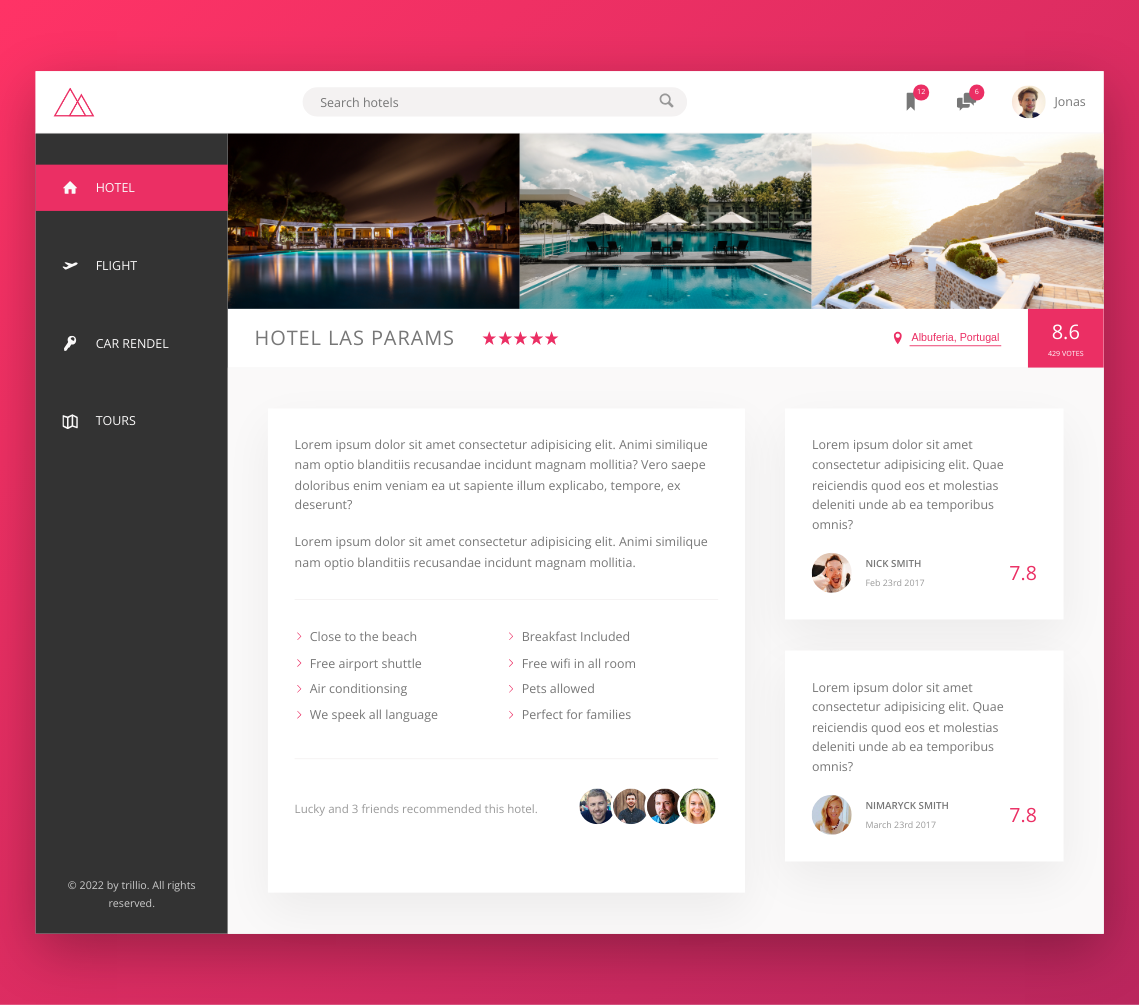
Repository: mohamediyas/flex_website
Page: index.html
These files come from the project's save history. The page is drawn as it stood at one moment and after the next save; the edit follows.
The browser window is 1280 px wide. The pictures show the whole page, at 89% of full size.
The style sheet was rebuilt from its Sass, Less or Tailwind sources for each picture, by a compiler version that may differ from the author's.

Above is the page before, as saved 2022-08-06 18:35:32.

### index.html
<!DOCTYPE html>
<html lang="en">
  <head>
    <meta charset="UTF-8" />
    <meta name="viewport" content="width=device-width, initial-scale=1.0" />
    <meta http-equiv="X-UA-Compatible" content="ie=edge" />

    <link
      href="https://fonts.googleapis.com/css?family=Open+Sans:300,400,600"
      rel="stylesheet"
    />
    <link rel="stylesheet" href="css/style.css" />
    <link rel="shortcut icon" type="image/png" href="img/favicon.png" />

    <title>nexter &mdash; your home, your freedom</title>
  </head>
  <body>
    <div class="container">
      <header class="header">
        <img src="img/logo.png" alt="trilio logo" class="logo" />
        <form action="#" class="search">
          <input
            type="text"
            class="search__input"
            placeholder="Search hotels"
          />
          <button class="search__button">
            <svg class="search__icon">
              <use xlink:href="img/sprite.svg#icon-magnifying-glass"></use>
            </svg>
          </button>
        </form>

        <nav class="user-nav">
          <div class="user-nav__icon-box">
            <svg class="user-nav__icon">
              <use xlink:href="img/sprite.svg#icon-bookmark"></use>
            </svg>
            <span class="user-nav__notification">12</span>
          </div>
          <div class="user-nav__icon-box">
            <svg class="user-nav__icon">
              <use xlink:href="img/sprite.svg#icon-chat"></use>
            </svg>
            <span class="user-nav__notification">6</span>
          </div>
          <div class="user-nav__user">
            <img
              src="img/user.jpg"
              alt="user image"
              class="user-nav__user-photo"
            />
            <span class="user-nav__user-name">Jonas</span>
          </div>
        </nav>
      </header>
      <div class="content">
        <nav class="sidebar">
          <ul class="side-nav">
            <li class="side-nav__item side-nav__item--active">
              <a href="#" class="side-nav__link">
                <svg class="side-nav__icon">
                  <use xlink:href="img/sprite.svg#icon-home"></use>
                </svg>
                <span>Hotel</span>
              </a>
            </li>
            <li class="side-nav__item">
              <a href="#" class="side-nav__link">
                <svg class="side-nav__icon">
                  <use xlink:href="img/sprite.svg#icon-aircraft-take-off"></use>
                </svg>
                <span>Flight</span>
              </a>
            </li>
            <li class="side-nav__item">
              <a href="#" class="side-nav__link">
                <svg class="side-nav__icon">
                  <use xlink:href="img/sprite.svg#icon-key"></use>
                </svg>
                <span>Car Rendel</span>
              </a>
            </li>
            <li class="side-nav__item">
              <a href="#" class="side-nav__link">
                <svg class="side-nav__icon">
                  <use xlink:href="img/sprite.svg#icon-map"></use>
                </svg>
                <span>Tours</span>
              </a>
            </li>
          </ul>
          <div class="legal">&copy; 2022 by trillio. All rights reserved.</div>
        </nav>
        <main class="hotel">
          <div class="gallery">
            <figure class="gallery__item">
              <img
                src="img/hotel-1.jpg"
                aria-label="home photot"
                alt=""
                class="gallery__photo"
              />
            </figure>

            <figure class="gallery__item">
              <img
                src="img/hotel-2.jpg"
                aria-label="home photot"
                alt=""
                class="gallery__photo"
              />
            </figure>

            <figure class="gallery__item">
              <img
                src="img/hotel-3.jpg"
                aria-label="home photot"
                alt=""
                class="gallery__photo"
              />
            </figure>
          </div>
          <div class="overview">
            <h1 class="overview__heading">Hotel las params</h1>
            <div class="overview__stars">
              <svg class="overview__icon-star">
                <use xlink:href="img/sprite.svg#icon-star"></use>
              </svg>
              <svg class="overview__icon-star">
                <use xlink:href="img/sprite.svg#icon-star"></use>
              </svg>
              <svg class="overview__icon-star">
                <use xlink:href="img/sprite.svg#icon-star"></use>
              </svg>
              <svg class="overview__icon-star">
                <use xlink:href="img/sprite.svg#icon-star"></use>
              </svg>
              <svg class="overview__icon-star">
                <use xlink:href="img/sprite.svg#icon-star"></use>
              </svg>
            </div>
            <div class="overview__location">
              <svg class="overview__icon-location">
                <use xlink:href="img/sprite.svg#icon-location-pin"></use>
              </svg>
              <button class="btn-inline">Albuferia, Portugal</button>
            </div>

            <div class="overview__rating">
              <div class="overview__rating-average">8.6</div>

              <div class="overview__rating-count">429 votes</div>
            </div>
          </div>
          <div class="detail">
            <div class="description">
              <p class="paragraph">
                Lorem ipsum dolor sit amet consectetur adipisicing elit. Animi
                similique nam optio blanditiis recusandae incidunt magnam
                mollitia? Vero saepe doloribus enim veniam ea ut sapiente illum
                explicabo, tempore, ex deserunt?
              </p>
              <p class="paragraph">
                Lorem ipsum dolor sit amet consectetur adipisicing elit. Animi
                similique nam optio blanditiis recusandae incidunt magnam
                mollitia.
              </p>
              <ul class="list">
                <li class="list__item">Close to the beach</li>
                <li class="list__item">Breakfast Included</li>
                <li class="list__item">Free airport shuttle</li>
                <li class="list__item">Free wifi in all room</li>
                <li class="list__item">Air conditionsing</li>
                <li class="list__item">Pets allowed</li>
                <li class="list__item">We speek all language</li>
                <li class="list__item">Perfect for families</li>
              </ul>
              <div class="recommend">
                <p class="recommend__count">
                  Lucky and 3 friends recommended this hotel.
                </p>
                <div class="recommend__friends">
                  <img src="img/user-3.jpg" alt="" class="recommend__photo" />
                  <img src="img/user-4.jpg" alt="" class="recommend__photo" />
                  <img src="img/user-5.jpg" alt="" class="recommend__photo" />
                  <img src="img/user-6.jpg" alt="" class="recommend__photo" />
                </div>
              </div>
            </div>
            <div class="user-reviews">
              <figure class="review">
                <blockquote class="review__text">
                  Lorem ipsum dolor sit amet consectetur adipisicing elit. Quae
                  reiciendis quod eos et molestias deleniti unde ab ea
                  temporibus omnis?
                </blockquote>
                <figcaption class="review__user">
                  <img class="review__photo" src="img/user-1.jpg" alt="" />
                  <div class="review__user-box">
                    <p class="review__user-name">Nick smith</p>
                    <p class="review__user-date">Feb 23rd 2017</p>
                  </div>
                  <div class="review__rating">7.8</div>
                </figcaption>
              </figure>
              <figure class="review">
                <blockquote class="review__text">
                  Lorem ipsum dolor sit amet consectetur adipisicing elit. Quae
                  reiciendis quod eos et molestias deleniti unde ab ea
                  temporibus omnis?
                </blockquote>
                <figcaption class="review__user">
                  <img class="review__photo" src="img/user-2.jpg" alt="" />
                  <div class="review__user-box">
                    <p class="review__user-name">NiMaryck smith</p>
                    <p class="review__user-date">March 23rd 2017</p>
                  </div>
                  <div class="review__rating">7.8</div>
                </figcaption>
              </figure>
            </div>
          </div>
        </main>
      </div>
    </div>
  </body>
</html>

### sass/_base.scss
// COLOR VARIABLES

:root {
  --color-primary: #eb2f64;
  --color-primary-light: #ff3366;
  --color-primary-dark: #ba265d;

  --color-grey-light-1: #faf9f9;
  --color-grey-light-2: #f4f2f2;
  --color-grey-light-3: #f0eeee;
  --color-grey-light-4: #ccc;

  --color-grey-dark-1: #333;
  --color-grey-dark-2: #777;
  --color-grey-dark-3: #999;

  --shadow-dark: 0 2rem 6rem rgba(0, 0, 0, 0.3);
  --shadow-light: 0 2rem 5rem rgba(0, 0, 0, 0.06);

  --line: 1px solid var(--color-grey-light-2);
}

* {
  margin: 0;
  padding: 0;
}

*,
*::after,
*::before {
  box-sizing: inherit;
}

html {
  box-sizing: border-box;
  font-size: 62.5%;
}

body {
  background-image: linear-gradient(
    to right bottom,
    var(--color-primary-light),
    var(--color-primary-dark)
  );
  font-family: "Open Sans", sans-serif;
  font-weight: 400;
  line-height: 1.6;
  background-size: cover;
  background-repeat: no-repeat;
  min-height: 100vh;
  color: var(--color-grey-dark-2);
}

### sass/_components.scss
.logo {
  height: 3.25rem;
  margin-left: 2rem;
}

.search {
  flex: 0 0 40%;

  display: flex;
  justify-content: center;
  align-items: center;

  &__input {
    font-family: inherit;
    font-size: inherit;
    background-color: var(--color-grey-light-2);
    border: none;
    color: inherit;
    padding: 0.7rem 2rem;
    border-radius: 100px;
    width: 90%;
    transition: all 0.2s;
    margin-right: -3.25rem;
    &:focus {
      outline: none;
      width: 100%;
      background-color: var(--color-grey-light-3);
    }
  }

  &::-webkit-input-placeholder {
    font-weight: 100;
    color: var(--color-grey-light-4);
  }

  &__input:focus + &__button {
    background-color: var(--color-grey-light-3);
  }

  &__button {
    border: none;
    background-color: var(--color-grey-light-2);

    &:focus {
      outline: none;
    }

    &:active {
      transform: translateY(2px);
    }
  }

  &__icon {
    height: 2rem;
    width: 2rem;
    fill: var(--color-grey-dark-3);
  }
}

.user-nav {
  align-self: stretch;
  display: flex;
  align-items: center;

  & > * {
    padding: 0 2rem;
    cursor: pointer;
    height: 100%;
    display: flex;
    align-items: center;
  }

  & > *:hover {
    background-color: var(--color-grey-light-2);
  }

  &__icon-box {
    position: relative;
  }

  &__icon {
    height: 2.25rem;
    width: 2.25rem;
    fill: var(--color-grey-dark-2);
  }

  &__notification {
    font-size: 0.8rem;
    height: 1.75rem;
    width: 1.75rem;
    border-radius: 50%;
    background-color: var(--color-primary);
    color: #fff;
    position: absolute;
    top: 1.5rem;
    right: 1.1rem;
    display: flex;
    justify-content: center;
    align-items: center;
  }

  &__user {
  }

  &__user-photo {
    height: 3.75rem;
    border-radius: 50%;
    margin-right: 1rem;
  }

  &__user-name {
  }
}

// side navigation

.side-nav {
  font-size: 1.4rem;
  list-style: none;
  margin-top: 3.5rem;

  &__item {
    position: relative;

    &:not(:last-child) {
      margin-bottom: 3.5rem;
    }
  }

  &__item::before {
    content: "";
    position: absolute;
    top: 0;
    left: 0;
    height: 100%;
    width: 3px;
    background-color: var(--color-primary);
    transform: scaleY(0);
    transition: transform 0.2s, width 0.4s cubic-bezier(1, 0, 0, 1) 0.2s;
  }

  &__item:hover:before,
  &__item--active::before {
    transform: scaleY(1);
    width: 100%;
  }

  &__item:active:before {
    background-color: var(--color-primary-light);
  }

  &__link:link,
  &__link:visited {
    color: var(--color-grey-light-1);
    text-decoration: none;
    text-transform: uppercase;
    display: block;
    padding: 1.5rem 3rem;
    z-index: 10;
    position: relative;
    display: flex;
    align-items: center;
  }

  &__link:hover {
    color: white;
  }

  &__icon {
    width: 1.75rem;
    height: 1.75rem;
    margin-right: 2rem;
    fill: currentColor;
  }
}

.legal {
  font-size: 1.2rem;
  text-align: center;
  color: var(--color-grey-light-4);
  padding: 2.5rem;
}

.gallery {
  display: flex;

  &__photo {
    width: 100%;
    display: block;
  }
}

.overview {
  display: flex;
  border-bottom: 1px solid var(--color-grey-light-2);
  align-items: center;

  &__heading {
    font-size: 2.25rem;
    font-weight: 300;
    text-transform: uppercase;
    letter-spacing: 1px;
    padding: 1.5rem 3rem;
  }
  &__stars {
    // flex: 1;
    margin-right: auto;
    display: flex;
  }
  &__icon-star,
  &__icon-location {
    width: 1.75rem;
    height: 1.75rem;
    fill: var(--color-primary);
  }
  &__location {
    font-size: 1.2rem;
    display: flex;
    align-items: center;
  }

  &__icon-location {
    margin-right: 0.5rem;
  }

  &__rating {
    background-color: var(--color-primary);
    margin-left: 3rem;
    color: #fff;
    align-self: stretch;
    padding: 0 2.25rem;

    display: flex;
    flex-direction: column;
    align-items: center;
    justify-content: center;
  }
  &__rating-average {
    font-size: 2.25rem;
    font-weight: 300;
  }
  &__rating-count {
    font-size: 0.8rem;
    text-transform: uppercase;
  }
}

.paragraph:not(:last-of-type) {
  margin-bottom: 2rem;
}

.list {
  list-style: none;
  margin: 3rem 0;
  padding: 3rem 0;
  border-top: var(--line);
  border-bottom: var(--line);
  display: flex;
  flex-wrap: wrap;

  &__item {
    flex: 0 0 50%;
    margin-bottom: 0.7rem;
  }

  &__item::before {
    content: "";
    display: inline-block;
    height: 1rem;
    width: 1rem;
    margin-right: 0.7rem;
    // background-image: url(../img/chevron-thin-right.svg);

    // background-size: cover;

    // masks
    background-color: var(--color-primary);
    -webkit-mask-image: url(../img/chevron-thin-right.svg);
    -webkit-mask-size: cover;
  }
}

.recommend {
  font-size: 1.3rem;
  color: var(--color-grey-dark-3);

  display: flex;
  align-items: center;
  // justify-content: space-between;
  &__count {
    margin-right: auto;
  }

  &__friend {
  }

  &__photo {
    box-sizing: content-box;
    height: 4rem;
    width: 4rem;
    border-radius: 50%;
    border: 3px solid #fff;

    &:not(:last-child) {
      margin-right: -1.15rem;
    }
  }
}

// reviews

.review {
  background-color: #fff;
  box-shadow: var(--shadow-light);
  padding: 3rem;
  margin-bottom: 3.5rem;

  &__text {
    margin-bottom: 2rem;
  }
  &__user {
    display: flex;
    align-items: center;
  }
  &__photo {
    height: 4.5rem;
    width: 4.5rem;
    border-radius: 50%;
    margin-right: 1.5rem;
  }
  &__user-box {
    margin-right: auto;
  }

  &__user-name {
    font-size: 1.1rem;
    font-weight: 600;
    text-transform: uppercase;
    margin-bottom: 0.4rem;
  }

  &__user-date {
    font-size: 1rem;
    color: var(--color-grey-dark-3);
  }

  &__rating {
    color: var(--color-primary);
    font-size: 2.2rem;
    font-weight: 300;
  }

  &::before {
    content: "";
  }
}

### sass/_layout.scss
.container {
  max-width: 120rem;
  margin: 8rem auto;
  background-color: var(--color-grey-light-2);
  box-shadow: var(--shadow-dark);
  min-height: 50rem;
}

.header {
  font-size: 1.4rem;
  height: 7rem;
  background-color: #fff;
  border-bottom: 1px solid var(--color-grey-light-2);
  display: flex;
  justify-content: space-between;
  align-items: center;
}

.content {
  display: flex;
}

.sidebar {
  background-color: var(--color-grey-dark-1);
  flex: 0 0 18%;
  display: flex;
  flex-direction: column;
  justify-content: space-between;
}

.hotel {
  background-color: #fff;
  // height: 80rem;
  flex: 1;
}

.detail {
  display: flex;
  padding: 4.5rem;
  font-size: 1.4rem;

  background-color: var(--color-grey-light-1);
  border-bottom: var(--line);
}

.description {
  background-color: #fff;
  flex: 0 0 60%;
  margin-right: 4.5rem;
  box-shadow: var(--shadow-light);
  padding: 3rem;
}

.user-reviews {
  flex: 1;
}

.btn-inline {
  border: none;
  color: var(--color-primary);
  font-size: inherit;
  border-bottom: 1px solid currentColor;
  padding: 2px;
  display: inline-block;
  background-color: transparent;
  cursor: pointer;

  &:hover {
    color: var(--color-grey-dark-1);
  }

  &:focus {
    outline: none;
    animation: pulsate 1s infinite;
  }
}

@keyframes pulsate {
  0% {
    transform: scale(1);
    box-shadow: none;
  }
  50% {
    transform: scale(1.05);
    box-shadow: 0 1rem 4rem rgba(0, 0, 0, 0.25);
  }
  100% {
    transform: scale(1);
    box-shadow: none;
  }
}

Loaded but not shown: sass/main.scss (common file)

After the next save:
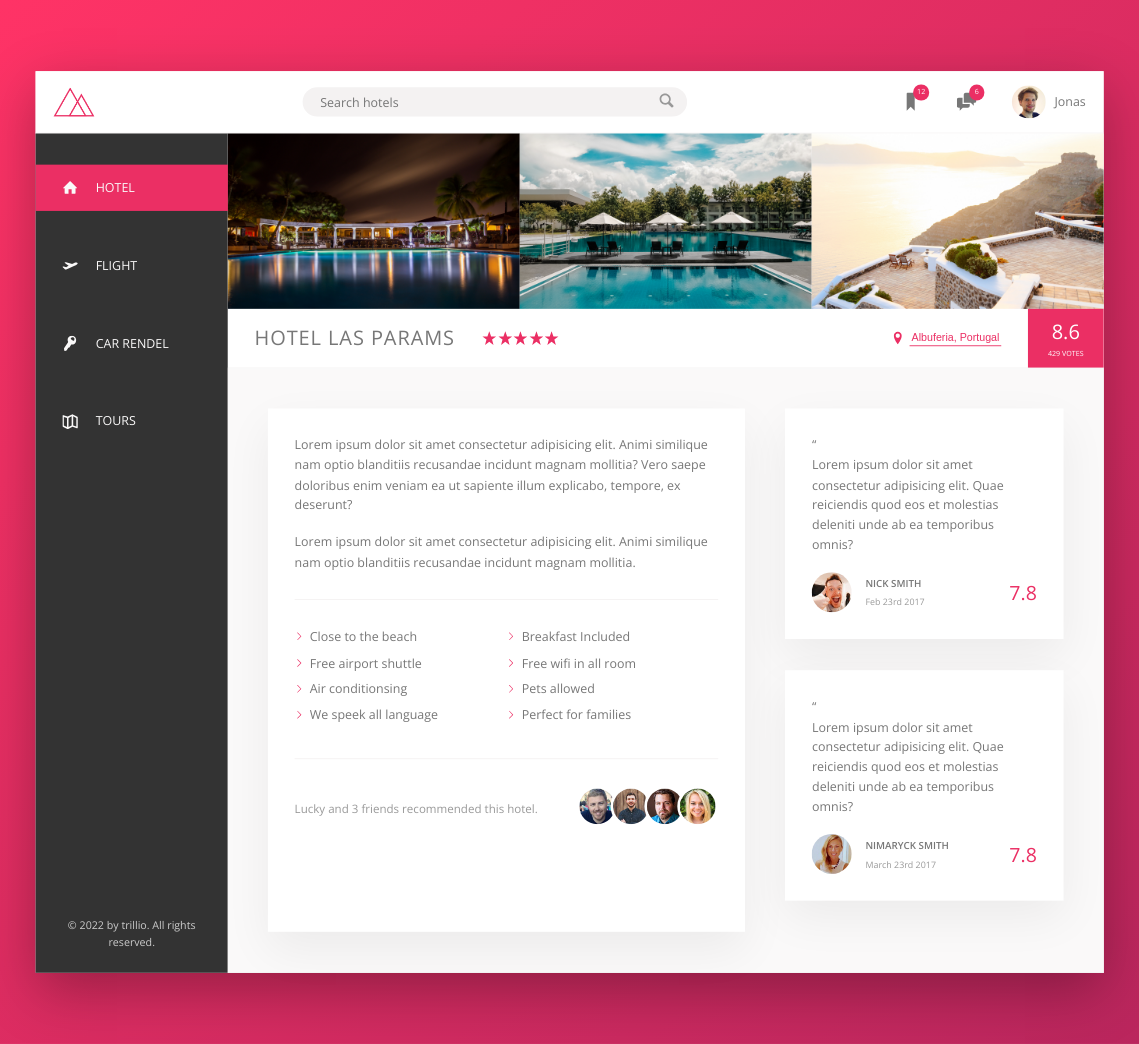
Saved 81 s later.
--- a/sass/_components.scss
+++ b/sass/_components.scss
@@ -351,6 +351,6 @@
   }
 
   &::before {
-    content: "";
-  }
-}
+    content: "\201c";
+  }
+}

After the save that followed:
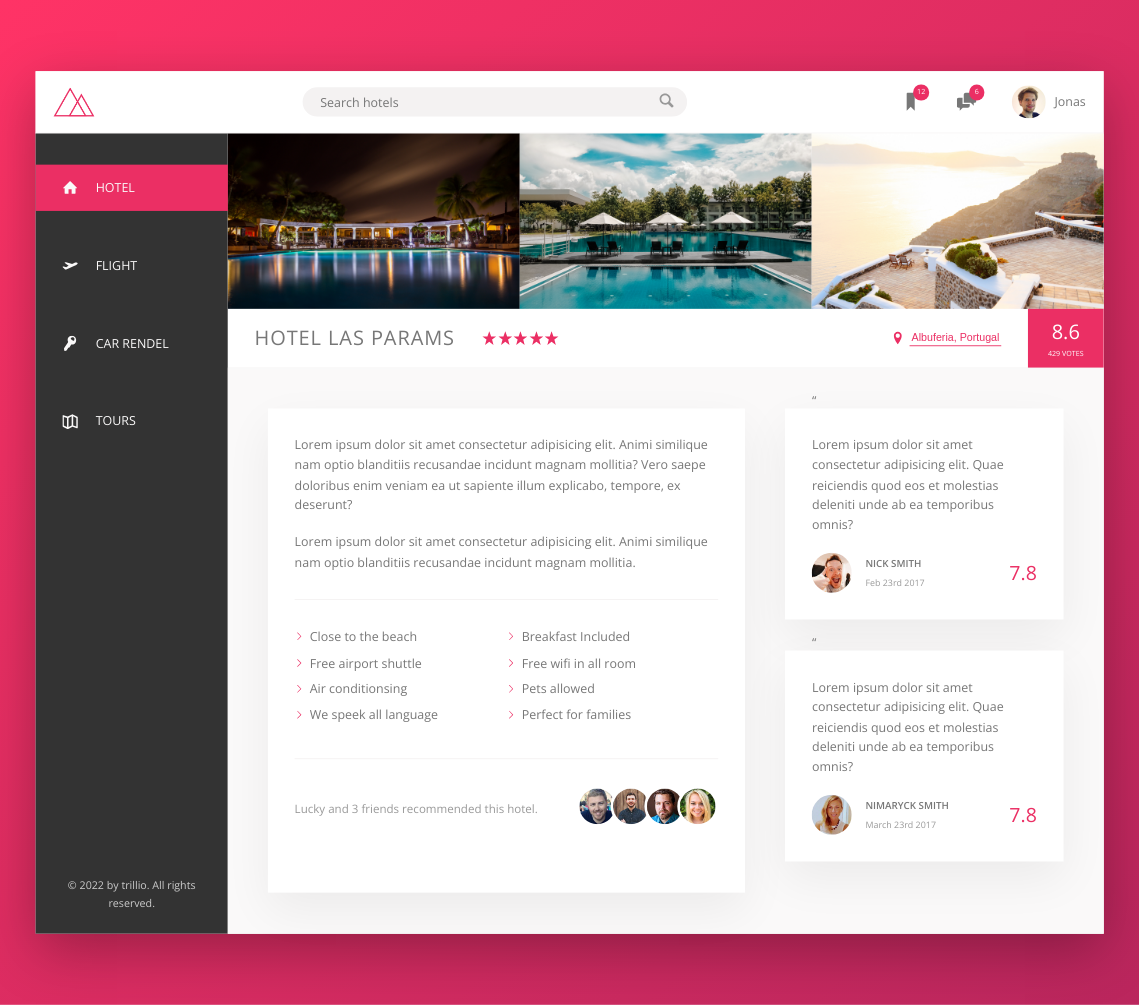
Saved 47 s later.
--- a/sass/_components.scss
+++ b/sass/_components.scss
@@ -314,6 +314,7 @@
   box-shadow: var(--shadow-light);
   padding: 3rem;
   margin-bottom: 3.5rem;
+  position: relative;
 
   &__text {
     margin-bottom: 2rem;
@@ -352,5 +353,7 @@
 
   &::before {
     content: "\201c";
-  }
-}
+    position: absolute;
+    top: -2rem;
+  }
+}
